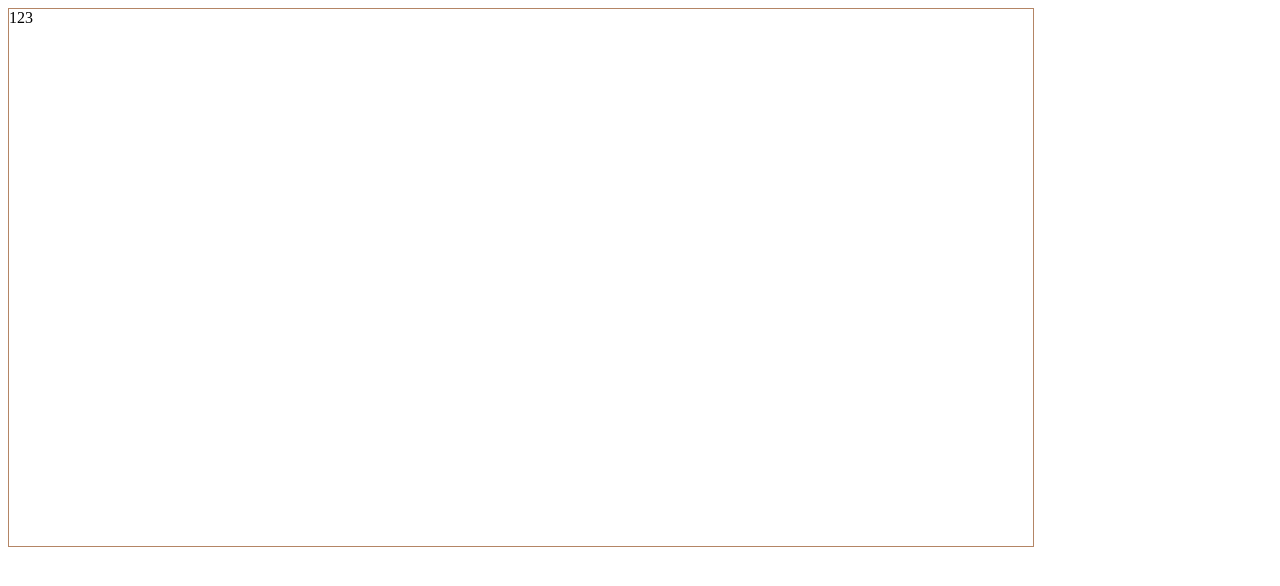
Repository: Kirill2034/Calculator-metal
Page: /
An editor plug-in stored every save of this project. The page is shown before and after the next save, followed by the edit.
The browser window is 1280 px wide. The pictures show the whole page.
The project was rebuilt for these pictures with package versions that can differ from the ones it lists, and the page was loaded fresh each time.

Above is the page before, as saved 2021-11-27 15:44:45.

After the next save:
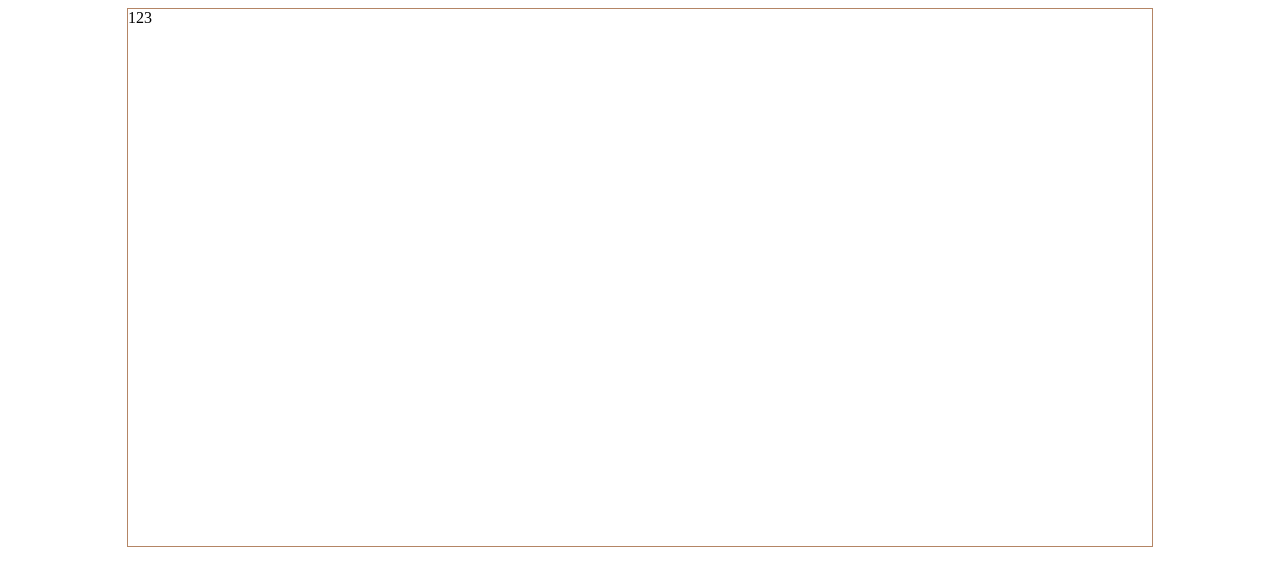
Saved 6 s later.
--- a/src/App.css
+++ b/src/App.css
@@ -1 +1 @@
-.App {width: 1024px; height: 537px; border: 1px solid #B48565;}
+.App {width: 1024px; height: 537px; border: 1px solid #B48565; margin: 0 auto;}
